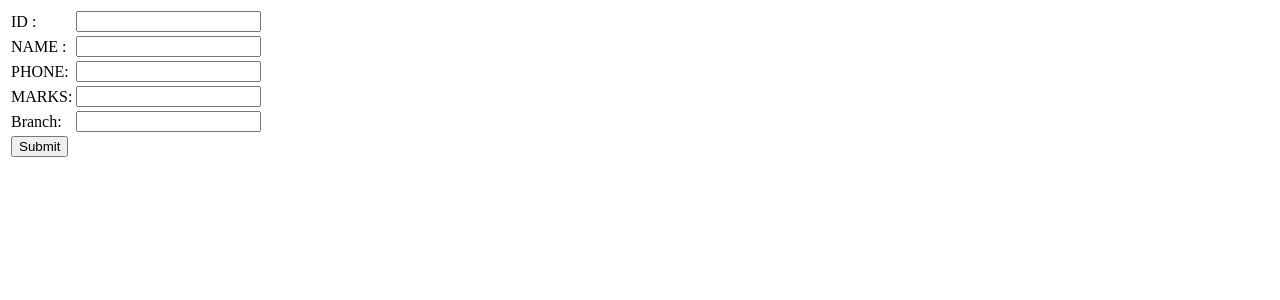
Repository: MayuriShinde124/Mayuri_20136571
Page: Question2StudentRegistrationPage/src/main/webapp/Registration.html
The author's editor kept a copy of each file at every save. The page is drawn from the files as they stood at one save, then again after the next save.
The browser window is 1280 px wide. The pictures show the whole page.

Above is the page before, as saved 2023-07-11 07:33:37.

After the next save:
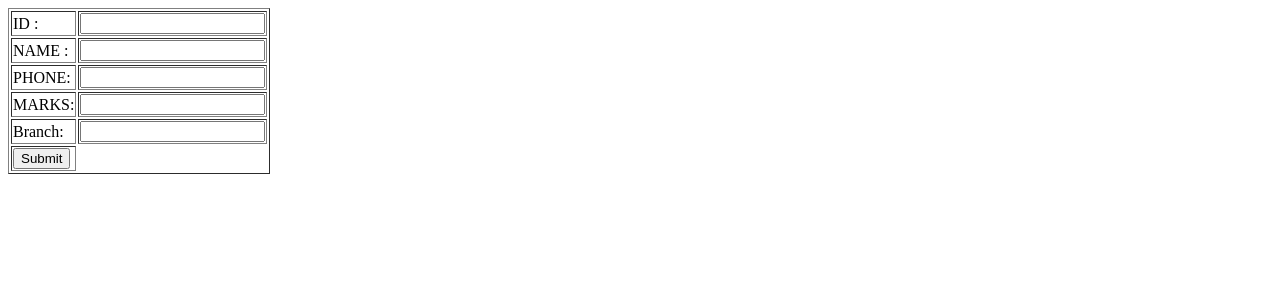
Saved 14 s later.
--- a/Question2StudentRegistrationPage/src/main/webapp/Registration.html
+++ b/Question2StudentRegistrationPage/src/main/webapp/Registration.html
@@ -8,7 +8,7 @@
 <body>
 
 <form action="Register">
-<table brder="1">
+<table border="1">
 <tr>
 <td>
 ID :
